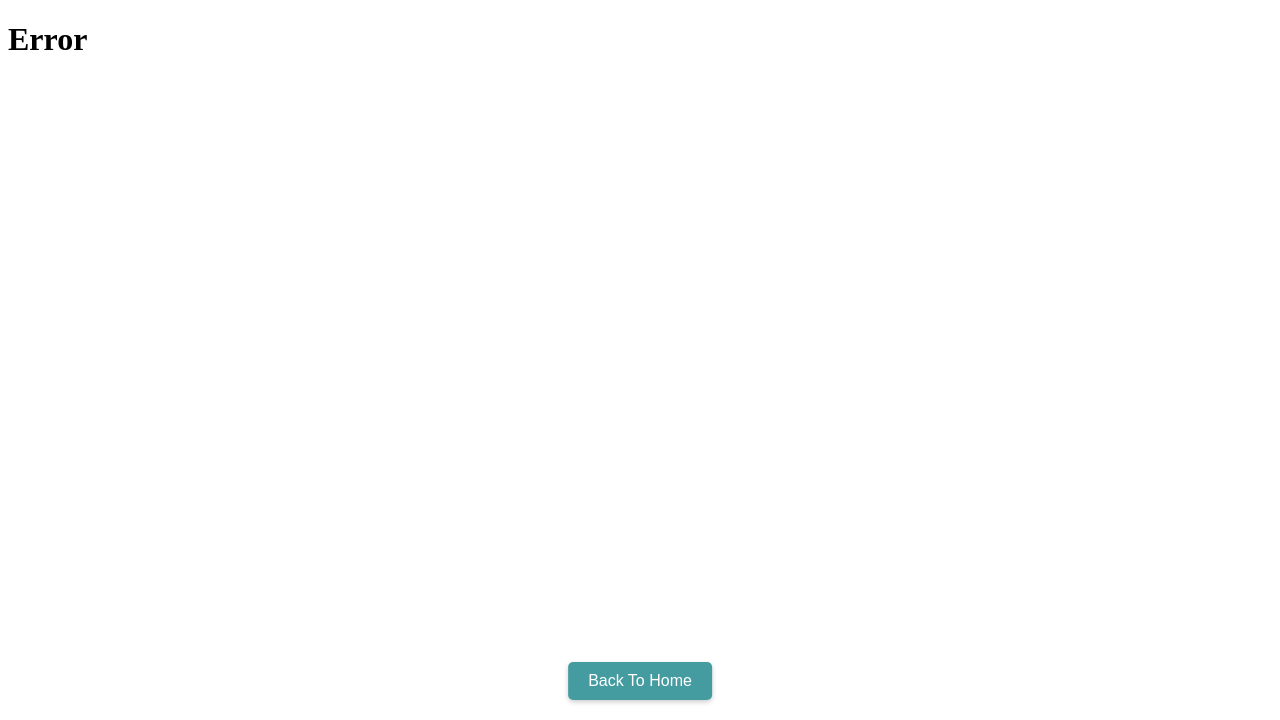
Repository: zilxhasu/eeit94-topic2
Page: http://localhost/topic2/jsp/fitness/error.jsp
The author's editor kept a copy of each file at every save. The page is drawn from the files as they stood at one save, then again after the next save.
The browser window is 1280 px wide. The pictures show the whole page.
The pointer rests on the first visible `.back-button`.
The page is served by Tomcat 10. Other server files are loaded and not shown.

Above is the page before, as saved 2025-02-23 15:29:25.

### topic2/src/main/webapp/jsp/fitness/error.jsp
<%@ page language="java" contentType="text/html; charset=UTF-8" pageEncoding="UTF-8"%>
<!DOCTYPE html>
<html lang="en">
<head>
    <meta charset="UTF-8">
    <meta name="viewport" content="width=device-width, initial-scale=1.0">
    <style type="text/css">
            /* 返回主畫面的按鈕樣式 */
        .back-button {
            padding: 10px 20px;
            background-color: #459CA0;
            color: white;
            border: none;
            border-radius: 5px;
            cursor: pointer;
            font-size: 16px;
            position: fixed;
            bottom: 20px;
            left: 50%;
            transform: translateX(-50%);
            box-shadow: 0 2px 5px rgba(0, 0, 0, 0.2);
        }

        .back-button:hover {
            background-color: shyblue;
        }</style>
    <title>Error</title>
</head>
<body>
    <h1>Error</h1>
    <p>${errorMessage}</p>

<button class="back-button" onclick="window.location.href='../../jsp/fitness/index.jsp'">Back To Home</button>


</body>
</html>

After the next save:
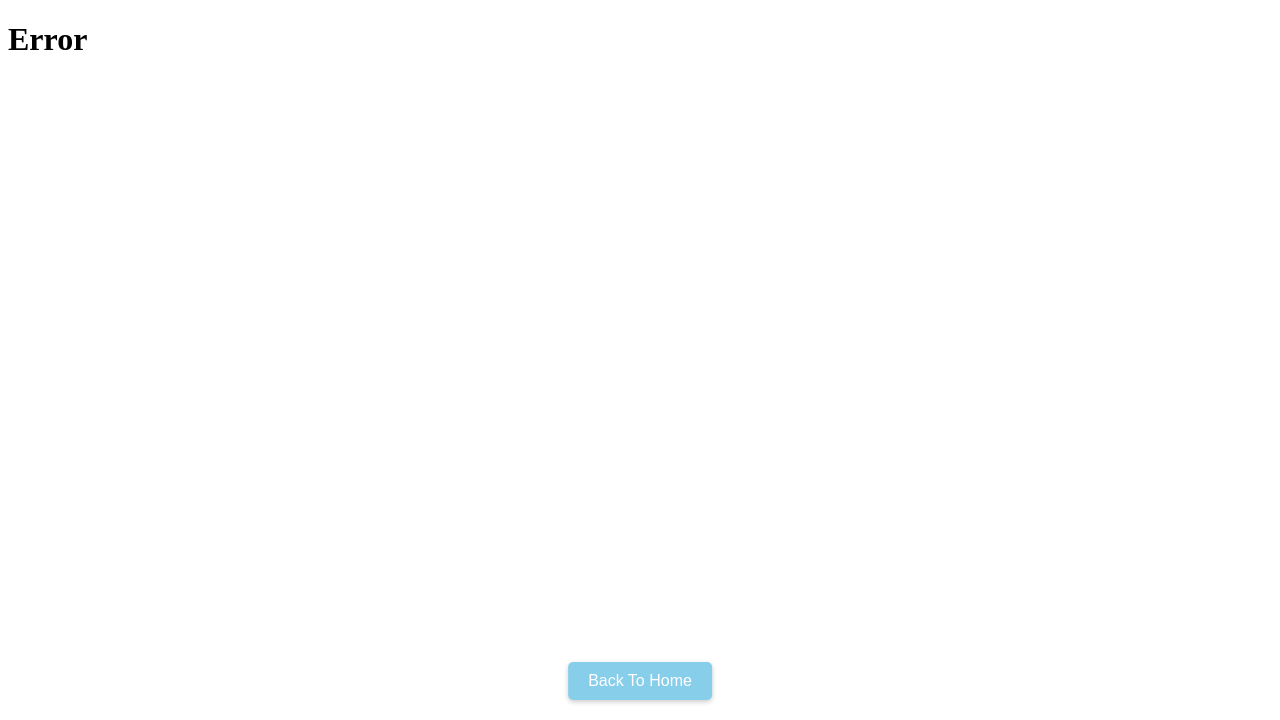
Saved 55 s later.
--- a/topic2/src/main/webapp/jsp/fitness/error.jsp
+++ b/topic2/src/main/webapp/jsp/fitness/error.jsp
@@ -22,7 +22,7 @@
         }
 
         .back-button:hover {
-            background-color: shyblue;
+            background-color: skyblue;
         }</style>
     <title>Error</title>
 </head>
